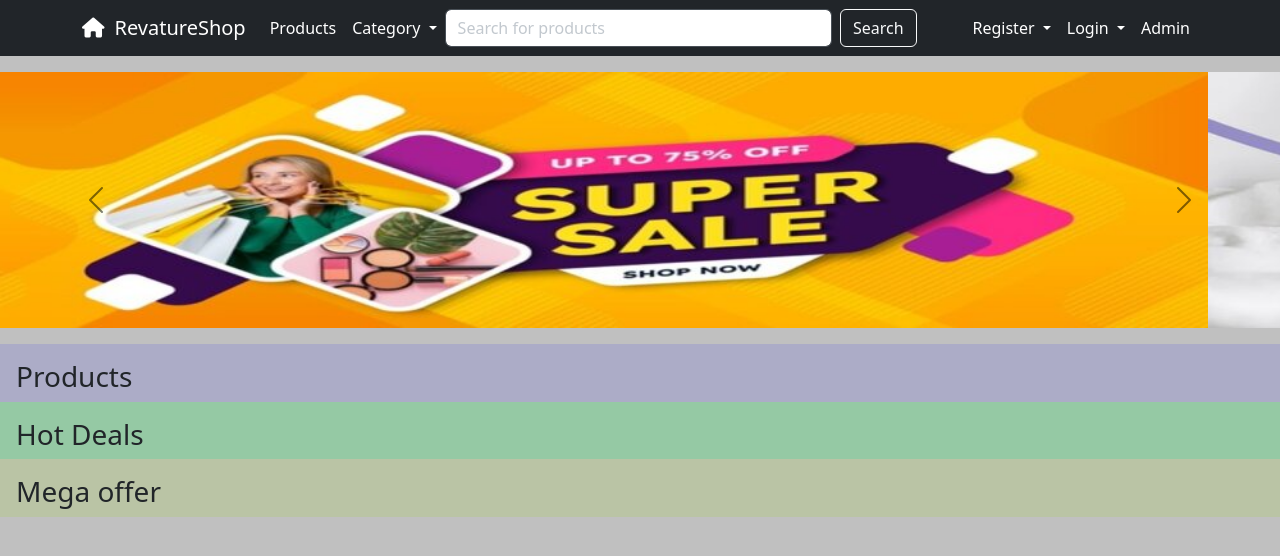
Repository: asmitsuragond15/Project_Ecom
Page: http://localhost/RevatureShop/
The author's editor kept a copy of each file at every save. The page is drawn from the files as they stood at one save, then again after the next save.
The browser window is 1280 px wide. The pictures show the whole page.
The page is served by Tomcat 10. Other server files are loaded and not shown. Queries for data that is not in the repository find no rows.

Above is the page before, as saved 2024-08-31 18:00:39.

### RevatureShop/src/main/webapp/index.jsp
<%@page import="com.revature.dao.ProductDao"%>
<%@page import="com.revature.entities.Product"%>
<%@page import="com.revature.helper.ConnectionProvider"%>
<%@page errorPage="error_exception.jsp"%>
<%@ page language="java" contentType="text/html; charset=ISO-8859-1"
	pageEncoding="ISO-8859-1"%>
<%
ProductDao productDao = new ProductDao(ConnectionProvider.getConnection());
List<Product> productList = productDao.getAllLatestProducts();
List<Product> topDeals = productDao.getDiscountedProducts();
%>
<!DOCTYPE html>
<html>
<head>
<meta charset="ISO-8859-1">
<title>Home</title>
<%@include file="Components/common_css_js.jsp"%>
<style type="text/css">
.cus-card {
	border-radius: 50%;
	border-color: transparent;
	max-height: 200px;
	max-width: 200px;
	max-height: 200px;
}

.real-price {
	font-size: 20px !important;
	font-weight: 600;
}

.product-price {
	font-size: 17px !important;
	text-decoration: line-through;
}

.product-discount {
	font-size: 15px !important;
	color: #027a3e;
}
</style>
</head>
<body>
	<!--navbar -->
	<%@include file="Components/navbar.jsp"%>



	<!-- Carousel -->
	<div id="carouselAutoplaying"
		class="carousel slide carousel-dark mt-3 mb-3" data-bs-ride="carousel">
		<div class="carousel-inner">
			<div class="carousel-item active">
				<img src="Images/image1.jpg" class="d-block w-100 " alt="...">
			</div>
			<div class="carousel-item">
				<img src="Images/image2.jpg" class="d-block w-100  " alt="...">
			</div>
			<div class="carousel-item">
				<img src="Images/image3.jpg" class="d-block w-100" alt="...">
			</div>
		</div>
		<button class="carousel-control-prev" type="button"
			data-bs-target="#carouselAutoplaying" data-bs-slide="prev">
			<span class="carousel-control-prev-icon" aria-hidden="true"
				style="color: black;"></span> <span class="visually-hidden">Previous</span>
		</button>
		<button class="carousel-control-next" type="button"
			data-bs-target="#carouselAutoplaying" data-bs-slide="next">
			<span class="carousel-control-next-icon" aria-hidden="true"></span> <span
				class="visually-hidden">Next</span>
		</button>
	</div>
	<!-- end of carousel -->

	<!-- latest product listed -->
	<div class="container-fluid py-3 px-3" style="background: #acacc7;">
	<h3>Products</h3>
		<div class="row row-cols-1 row-cols-md-4 g-3">

			<%
			for (int i = 0; i < Math.min(10, productList.size()); i++) {
			%>
			<div class="col">
				<a href="viewProduct.jsp?pid=<%=productList.get(i).getProductId()%>"
					style="text-decoration: none;">
					<div class="card h-100">
						<div class="container text-center">
							<img
								src="Product_imgs\<%=productList.get(i).getProductImages()%>"
								class="card-img-top m-2"
								style="max-width: 100%; max-height: 200px; width: auto;">
						</div>
						<div class="card-body">
							<h5 class="card-title text-center"><%=productList.get(i).getProductName()%></h5>

							<div class="container text-center">
								<span class="real-price">&#8377;<%=productList.get(i).getProductPriceAfterDiscount()%></span>
								&ensp;<span class="product-price">&#8377;<%=productList.get(i).getProductPrice()%>
								</span>&ensp;<span class="product-discount"><%=productList.get(i).getProductDiscount()%>&#37;
									off</span>
							</div>
						</div>
					</div>
				</a>
			</div>

			<%
			}
			%>
		</div>
	</div>
	<!-- end of list -->

	<!-- product with heavy deals -->
	<div class="container-fluid py-3 px-3" style="background: #95c9a4;">
		<h3>Hot Deals</h3>
		<div class="row row-cols-1 row-cols-md-4 g-3">
			<%
			for (int i = 0; i < Math.min(3, topDeals.size()); i++) {
			%>
			<div class="col">
				<a href="viewProduct.jsp?pid=<%=topDeals.get(i).getProductId()%>"
					style="text-decoration: none;">
					<div class="card h-100">
						<div class="container text-center">
							<img src="Product_imgs\<%=topDeals.get(i).getProductImages()%>"
								class="card-img-top m-2"
								style="max-width: 100%; max-height: 200px; width: auto;">
						</div>
						<div class="card-body">
							<h5 class="card-title text-center"><%=topDeals.get(i).getProductName()%></h5>

							<div class="container text-center">
								<span class="real-price">&#8377;<%=topDeals.get(i).getProductPriceAfterDiscount()%></span>
								&ensp;<span class="product-price">&#8377;<%=topDeals.get(i).getProductPrice()%>
								</span>&ensp;<span class="product-discount"><%=topDeals.get(i).getProductDiscount()%>&#37;
									off</span>
							</div>
						</div>
					</div>
				</a>
			</div>
			<%
			}
			%>
		</div>
	</div>
	<!-- end -->



<div class="container-fluid py-3 px-3" style="background: #bac4a5;">
		<h3>Mega offer</h3>
		<div class="row row-cols-1 row-cols-md-4 g-3">
			<%
			for (int i = 0; i < Math.min(3, topDeals.size()); i++) {

			%>
			<div class="col">
				<a href="viewProduct.jsp?pid=<%=topDeals.get(i).getProductId()%>"
					style="text-decoration: none;">
					<div class="card h-100">
						<div class="container text-center">
							<img src="Product_imgs\<%=topDeals.get(i).getProductImages()%>"
								class="card-img-top m-2"
								style="max-width: 100%; max-height: 200px; width: auto;">
						</div>
						<div class="card-body">
							<h5 class="card-title text-center"><%=topDeals.get(i).getProductName()%></h5>

							<div class="container text-center">
								<span class="real-price">&#8377;<%=topDeals.get(i).getProductPriceAfterDiscount()%></span>
								&ensp;<span class="product-price">&#8377;<%=topDeals.get(i).getProductPrice()%>
								</span>&ensp;<span class="product-discount"><%=topDeals.get(i).getProductDiscount()%>&#37;
									off</span>
							</div>
						</div>
					</div>
				</a>
			</div>
			<%
			}
			%>
		</div>
	</div>






	<!-- confirmation message for successful order -->
	<%
	String order = (String) session.getAttribute("order");
	if (order != null) {
	%>
	<script type="text/javascript">
		console.log("testing..4...");
		Swal.fire({
		  icon : 'success',
		  title: 'Order Placed, Thank you!',
		  text: 'Confirmation will be sent to <%=user.getUserEmail()%>',
		  width: 600,
		  padding: '3em',
		  showConfirmButton : false,
		  timer : 3500,
		  backdrop: `
		    rgba(0,0,123,0.4)
		  `
		});
	</script>
	<%
	}
	session.removeAttribute("order");
	%>
	<!-- end of message -->

</body>
</html>

### RevatureShop/src/main/webapp/Components/common_css_js.jsp
<!--CSS-->
<link href="https://cdn.jsdelivr.net/npm/bootstrap@5.3.0/dist/css/bootstrap.min.css" rel="stylesheet" integrity="sha384-9ndCyUaIbzAi2FUVXJi0CjmCapSmO7SnpJef0486qhLnuZ2cdeRhO02iuK6FUUVM" crossorigin="anonymous">
<!--font awesome-->
<!--<link rel="stylesheet" href="https://cdnjs.cloudflare.com/ajax/libs/font-awesome/4.7.0/css/font-awesome.min.css">
-->
<link rel="stylesheet" href="https://cdnjs.cloudflare.com/ajax/libs/font-awesome/6.4.0/css/all.min.css">
<link rel="stylesheet" href="CSS/style.css"/>


<!--JavaScript-->
<script src="https://cdn.jsdelivr.net/npm/bootstrap@5.3.0/dist/js/bootstrap.bundle.min.js" integrity="sha384-geWF76RCwLtnZ8qwWowPQNguL3RmwHVBC9FhGdlKrxdiJJigb/j/68SIy3Te4Bkz" crossorigin="anonymous"></script>
<script src="JS/script.js"></script>

<!--jQuery-->
<script src="https://code.jquery.com/jquery-3.7.0.min.js" integrity="sha256-2Pmvv0kuTBOenSvLm6bvfBSSHrUJ+3A7x6P5Ebd07/g=" crossorigin="anonymous"></script>
<!--sweet alert-->
<script src="https://unpkg.com/sweetalert/dist/sweetalert.min.js"></script>
<script src="https://cdn.jsdelivr.net/npm/sweetalert2@11"></script>

### RevatureShop/src/main/webapp/Components/navbar.jsp
<%@page import="com.revature.entities.Admin"%>
<%@page import="com.revature.entities.Cart"%>
<%@page import="com.revature.dao.CartDao"%>
<%@page import="com.revature.entities.User"%>
<%@page import="java.util.List"%>
<%@page import="com.revature.entities.Category"%>
<%@page import="com.revature.helper.ConnectionProvider"%>
<%@page import="com.revature.dao.CategoryDao"%>
<%
User user = (User) session.getAttribute("activeUser");
Admin admin = (Admin) session.getAttribute("activeAdmin");

CategoryDao catDao = new CategoryDao(ConnectionProvider.getConnection());
List<Category> categoryList = catDao.getAllCategories();
%>
<style>
.navbar {
	font-weight: 500;
}

.nav-link {
	color: rgb(255 255 255/ 100%) !important;
}

.dropdown-menu {
	background-color: #ffffff !important;
	border-color: #949494;
}

.dropdown-menu li a:hover {
	background-color: #808080 !important;
	color: white;
}
</style>
<nav class="navbar navbar-expand-lg navbar-light bg-dark"
	data-bs-theme="dark">

	<!-- admin nav bar -->
	<%
	if (admin != null) {
	%>
	<div class="container">
		<a class="navbar-brand" href="admin.jsp"><i
			class="fa-sharp fa-solid fa-house" style="color: #ffffff;"></i>&ensp;RevatureShop</a>
		<button class="navbar-toggler" type="button" data-bs-toggle="collapse"
			data-bs-target="#navbarSupportedContent"
			aria-controls="navbarSupportedContent" aria-expanded="false"
			aria-label="Toggle navigation">
			<span class="navbar-toggler-icon"></span>
		</button>
		<div class="collapse navbar-collapse" id="navbarSupportedContent">



			<div class="container text-end">
				<ul class="navbar-nav justify-content-end">
					<li class="nav-item"><button type="button"
							class="btn nav-link" data-bs-toggle="modal"
							data-bs-target="#add-category">
							<i class="fa-solid fa-plus fa-xs"></i>Add Category
						</button></li>
					<li class="nav-item"><button type="button"
							class="btn nav-link" data-bs-toggle="modal"
							data-bs-target="#add-product">
							<i class="fa-solid fa-plus fa-xs"></i>Add Product
						</button></li>
					<li class="nav-item"><a class="nav-link" aria-current="page"
						href="admin.jsp"><%=admin.getName()%></a></li>
					<li class="nav-item"><a class="nav-link" aria-current="page"
						href="LogoutServlet?user=admin"><i
							class="fa-solid fa-user-slash fa-sm" style="color: #fafafa;"></i>&nbsp;Logout</a></li>
				</ul>
			</div>
		</div>
	</div>
	<%
	} else {
	%>

	<!-- end -->

	<!-- for all -->
	<div class="container">
		<a class="navbar-brand" href="index.jsp"><i
			class="fa-sharp fa-solid fa-house" style="color: #ffffff;"></i>&ensp;RevatureShop</a>
		<button class="navbar-toggler" type="button" data-bs-toggle="collapse"
			data-bs-target="#navbarSupportedContent"
			aria-controls="navbarSupportedContent" aria-expanded="false"
			aria-label="Toggle navigation">
			<span class="navbar-toggler-icon"></span>
		</button>
		<div class="collapse navbar-collapse " id="navbarSupportedContent">
			<ul class="navbar-nav me-auto mb-2 mb-lg-0">
				<li class="nav-item"><a class="nav-link" href="products.jsp"
					role="button" aria-expanded="false"> Products </a>
				<li class="nav-item dropdown"><a
					class="nav-link dropdown-toggle" href="#" role="button"
					data-bs-toggle="dropdown" aria-expanded="false"> Category </a>
					<ul class="dropdown-menu bg-dark">
						<li><a class="dropdown-item  "  href="products.jsp?category=0">All
								Products</a></li>
						<%
						for (Category c : categoryList) {
						%>
						<li><a class="dropdown-item"
							href="products.jsp?category=<%=c.getCategoryId()%>"><%=c.getCategoryName()%></a></li>
						<%
						}
						%>
					</ul></li>
			</ul>
			<form class="d-flex pe-5" role="search" action="products.jsp"
				method="get">
				<input name="search" class="form-control me-2" size="50"
					type="search" placeholder="Search for products" aria-label="Search"
					style="background-color: white !important;">
				<button class="btn btn-outline-light" type="submit">Search</button>
			</form>

			<!-- when user is logged in -->
			<%
			if (user != null) {
				CartDao cartDao = new CartDao(ConnectionProvider.getConnection());
				int cartCount = cartDao.getCartCountByUserId(user.getUserId());
			%>
			<ul class="navbar-nav ml-auto">
				<li class="nav-item active pe-3"><a
					class="nav-link position-relative" aria-current="page"
					href="cart.jsp"><i class="fa-solid fa-cart-shopping"
						style="color: #ffffff;"></i> &nbsp;Cart<span
						class="position-absolute top-1 start-0 translate-middle badge rounded-pill bg-danger"><%=cartCount%></span></a></li>
				<li class="nav-item active pe-3"><a class="nav-link"
					aria-current="page" href="profile.jsp"><%=user.getUserName()%></a></li>
				<li class="nav-item pe-3"><a class="nav-link"
					aria-current="page" href="LogoutServlet?user=user"><i
						class="fa-solid fa-user-slash" style="color: #fafafa;"></i>&nbsp;Logout</a></li>
			</ul>
			<%
			} else {
			%>



















			<ul class="navbar-nav ml-auto">


				<!-- Example single danger button -->
<div class="collapse navbar-collapse" id="navbarSupportedContent">
    <ul class="navbar-nav me-auto mb-2 mb-lg-0">

        <!-- Register Dropdown -->
        <li class="nav-item dropdown">
            <a class="nav-link dropdown-toggle" href="#" role="button" data-bs-toggle="dropdown" aria-expanded="false">
                Register
            </a>
            <ul class="dropdown-menu">
                <li>
                    <a class="dropdown-item" href="register.jsp">
                        <i class="fa-solid fa-user-plus" style="color: #ffffff;"></i> Register Customer
                    </a>
                </li>
                <li>
                    <a class="dropdown-item" href="seller.jsp">
                        <i class="fa-solid fa-user-plus" style="color: #ffffff;"></i> Register Seller
                    </a>
                </li>
            </ul>
        </li>

        <!-- Login Dropdown -->
        <li class="nav-item dropdown">
            <a class="nav-link dropdown-toggle" href="#" role="button" data-bs-toggle="dropdown" aria-expanded="false">
                Login
            </a>
            <ul class="dropdown-menu">
                <li>
                    <a class="dropdown-item" href="login.jsp">
                        <i class="fa-solid fa-user-lock" style="color: #fafafa;"></i> Login Customer
                    </a>
                </li>
                <li>
                    <a class="dropdown-item" href="sellerlogin.jsp">
                        <i class="fa-solid fa-user-lock" style="color: #ffffff;"></i> Login Seller
                    </a>
                </li>
            </ul>
        </li>
		<li class="nav-item"><a class="nav-link" href="admin.jsp"
					role="button" aria-expanded="false"> Admin </a>
    </ul>
</div>




					</ul>
				</div>



		</div>

	<%
	}
	}
	%>
	<!-- end  -->
</nav>

### RevatureShop/src/main/java/com/revature/helper/ConnectionProvider.java
package com.revature.helper;

import java.sql.Connection;
import java.sql.DriverManager;
import jakarta.servlet.http.HttpServlet;

public class ConnectionProvider extends HttpServlet{

	private static final long serialVersionUID = 1L;
	private static Connection connection;

	public static Connection getConnection() {

		try {
			if (connection == null) {
				Class.forName("com.mysql.cj.jdbc.Driver");
				connection = DriverManager.getConnection("jdbc:mysql://localhost:3306/eazydeals","root","P7028460201p$");
			}
		} catch (Exception e) {
			e.printStackTrace();
		}
		return connection;
	}

}

### RevatureShop/src/main/java/com/revature/dao/CategoryDao.java
package com.revature.dao;

import java.sql.Connection;
import java.sql.PreparedStatement;
import java.sql.ResultSet;
import java.sql.SQLException;
import java.sql.Statement;
import java.util.ArrayList;
import java.util.List;
import com.revature.entities.Category;

public class CategoryDao {
	private Connection con;

	public CategoryDao(Connection con) {
		super();
		this.con = con;
	}

	public boolean saveCategory(Category category) {
		boolean flag = false;

		try {
			String query = "insert into category(name, image) values(?, ?)";
			PreparedStatement psmt = this.con.prepareStatement(query);
			psmt.setString(1, category.getCategoryName());
			psmt.setString(2, category.getCategoryImage());

			psmt.executeUpdate();
			flag = true;

		} catch (SQLException e) {
			e.printStackTrace();
		}
		return flag;
	}

	public List<Category> getAllCategories() {

		List<Category> list = new ArrayList<>();
		try {

			String query = "select * from category";
			Statement statement = this.con.createStatement();

			ResultSet rs = statement.executeQuery(query);
			while (rs.next()) {
				Category category = new Category();
				category.setCategoryId(rs.getInt("cid"));
				category.setCategoryName(rs.getString("name"));
				category.setCategoryImage(rs.getString("image"));

				list.add(category);
			}
		} catch (Exception e) {
			e.printStackTrace();
		}

		return list;
	}
	public Category getCategoryById(int cid) {
		Category category = new Category();
		try {
			String query = "select * from category where cid = ?";
			PreparedStatement psmt = this.con.prepareStatement(query);
			psmt.setInt(1, cid);
			ResultSet rs = psmt.executeQuery();
			while (rs.next()) {
				category.setCategoryId(rs.getInt("cid"));
				category.setCategoryName(rs.getString("name"));
				category.setCategoryImage(rs.getString("image"));
			}
		} catch (Exception e) {
			e.printStackTrace();
		}
		return category;
	}
	public String getCategoryName(int catId) {
		String category = "";
		try {
			String query = "select * from category where cid = ?";
			PreparedStatement psmt = this.con.prepareStatement(query);
			psmt.setInt(1, catId);
			ResultSet rs = psmt.executeQuery();
			while (rs.next()) {
				category = rs.getString("name");
			}

		} catch (Exception e) {
			e.printStackTrace();
		}
		return category;
	}

	public void updateCategory(Category cat) {
		try {
			String query = "update category set name=?, image=? where cid=?";
			PreparedStatement psmt = this.con.prepareStatement(query);
			psmt.setString(1, cat.getCategoryName());
			psmt.setString(2, cat.getCategoryImage());
			psmt.setInt(3, cat.getCategoryId());

			psmt.executeUpdate();
		} catch (Exception e) {
			e.printStackTrace();
		}
	}

	public void deleteCategory(int cid) {
		try {
			String query = "delete from category where cid = ?";
			PreparedStatement psmt = this.con.prepareStatement(query);
			psmt.setInt(1, cid);

			psmt.executeUpdate();

		} catch (Exception e) {
			e.printStackTrace();
		}
	}
	public int categoryCount() {
		int count = 0;
		try {
			String query = "select count(*) from category";
			Statement stmt = con.createStatement();
			ResultSet rs = stmt.executeQuery(query);
			rs.next();
			count = rs.getInt(1);
		} catch (Exception e) {
			e.printStackTrace();
		}
		return count;
	}
}

### RevatureShop/src/main/webapp/CSS/style.css
.custom-color {
	/*background: linear-gradient(90deg, rgba(198,245,255,1) 0%, rgba(137,182,254,1) 28%, rgba(123,124,255,1) 58%, rgba(105,97,255,1) 87%, rgba(36,24,255,1) 100%);
*/
	background: radial-gradient(circle, rgba(112, 192, 255, 1) 0%,
		rgba(98, 153, 254, 1) 24%, rgba(123, 124, 255, 1) 49%,
		rgba(97, 124, 255, 1) 86%, rgba(36, 24, 255, 1) 100%);
}

body {
	background-color: rgb(192, 192, 192);
	}

Loaded but not shown: RevatureShop/src/main/webapp/JS/script.js (common file); RevatureShop/src/main/java/com/revature/dao/ProductDao.java (290 lines, source omitted)

After the next save:
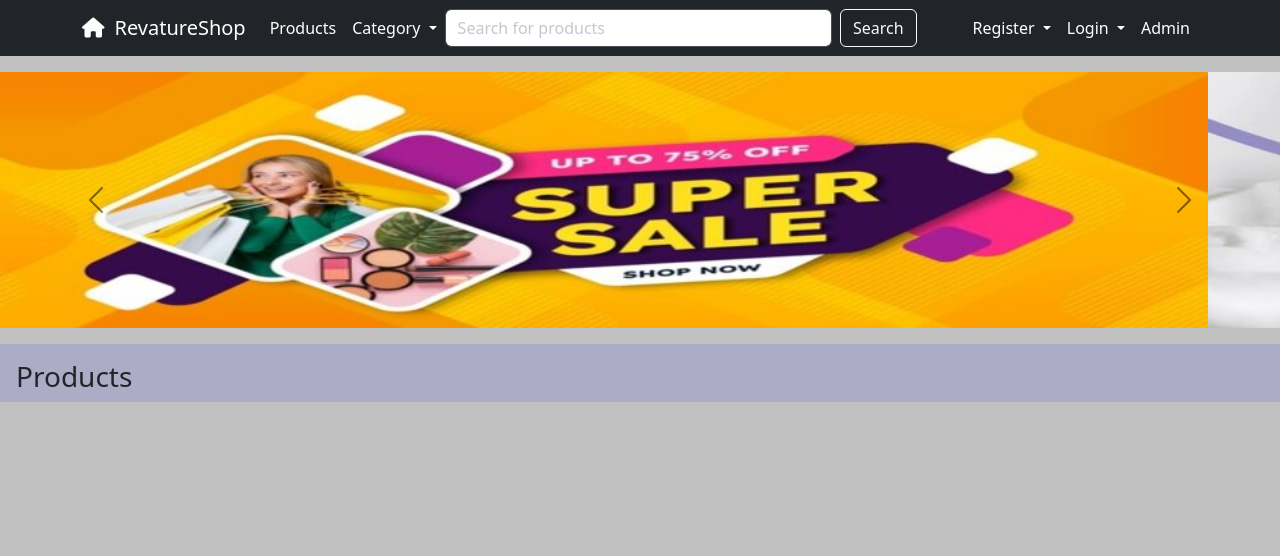
Saved 76 s later.
--- a/RevatureShop/src/main/webapp/index.jsp
+++ b/RevatureShop/src/main/webapp/index.jsp
@@ -112,79 +112,6 @@ List<Product> topDeals = productDao.getDiscountedProducts();
 	</div>
 	<!-- end of list -->
 
-	<!-- product with heavy deals -->
-	<div class="container-fluid py-3 px-3" style="background: #95c9a4;">
-		<h3>Hot Deals</h3>
-		<div class="row row-cols-1 row-cols-md-4 g-3">
-			<%
-			for (int i = 0; i < Math.min(3, topDeals.size()); i++) {
-			%>
-			<div class="col">
-				<a href="viewProduct.jsp?pid=<%=topDeals.get(i).getProductId()%>"
-					style="text-decoration: none;">
-					<div class="card h-100">
-						<div class="container text-center">
-							<img src="Product_imgs\<%=topDeals.get(i).getProductImages()%>"
-								class="card-img-top m-2"
-								style="max-width: 100%; max-height: 200px; width: auto;">
-						</div>
-						<div class="card-body">
-							<h5 class="card-title text-center"><%=topDeals.get(i).getProductName()%></h5>
-
-							<div class="container text-center">
-								<span class="real-price">&#8377;<%=topDeals.get(i).getProductPriceAfterDiscount()%></span>
-								&ensp;<span class="product-price">&#8377;<%=topDeals.get(i).getProductPrice()%>
-								</span>&ensp;<span class="product-discount"><%=topDeals.get(i).getProductDiscount()%>&#37;
-									off</span>
-							</div>
-						</div>
-					</div>
-				</a>
-			</div>
-			<%
-			}
-			%>
-		</div>
-	</div>
-	<!-- end -->
-
-
-
-<div class="container-fluid py-3 px-3" style="background: #bac4a5;">
-		<h3>Mega offer</h3>
-		<div class="row row-cols-1 row-cols-md-4 g-3">
-			<%
-			for (int i = 0; i < Math.min(3, topDeals.size()); i++) {
-
-			%>
-			<div class="col">
-				<a href="viewProduct.jsp?pid=<%=topDeals.get(i).getProductId()%>"
-					style="text-decoration: none;">
-					<div class="card h-100">
-						<div class="container text-center">
-							<img src="Product_imgs\<%=topDeals.get(i).getProductImages()%>"
-								class="card-img-top m-2"
-								style="max-width: 100%; max-height: 200px; width: auto;">
-						</div>
-						<div class="card-body">
-							<h5 class="card-title text-center"><%=topDeals.get(i).getProductName()%></h5>
-
-							<div class="container text-center">
-								<span class="real-price">&#8377;<%=topDeals.get(i).getProductPriceAfterDiscount()%></span>
-								&ensp;<span class="product-price">&#8377;<%=topDeals.get(i).getProductPrice()%>
-								</span>&ensp;<span class="product-discount"><%=topDeals.get(i).getProductDiscount()%>&#37;
-									off</span>
-							</div>
-						</div>
-					</div>
-				</a>
-			</div>
-			<%
-			}
-			%>
-		</div>
-	</div>
-
 
 
 
